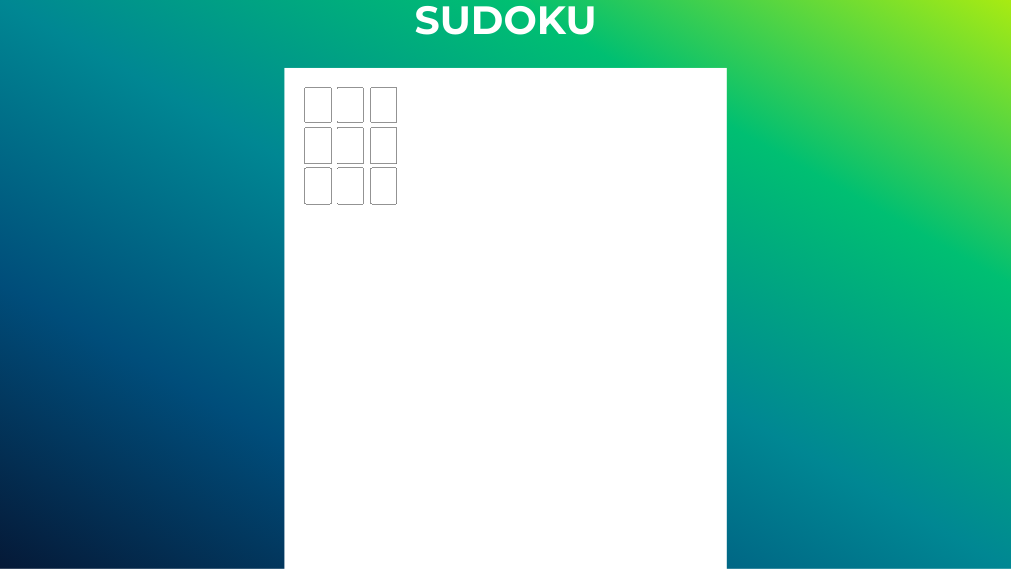
Repository: pattypetrikova/sudoku
Page: index.html
These files come from the project's save history. The page is drawn as it stood at one moment and after the next save; the edit follows.
The browser window is 1280 px wide. The pictures show the whole page, at 79% of full size.
Some web fonts or font styles are not loaded; a fallback is used.

Above is the page before, as saved 2022-12-30 10:42:22.

After the next save:
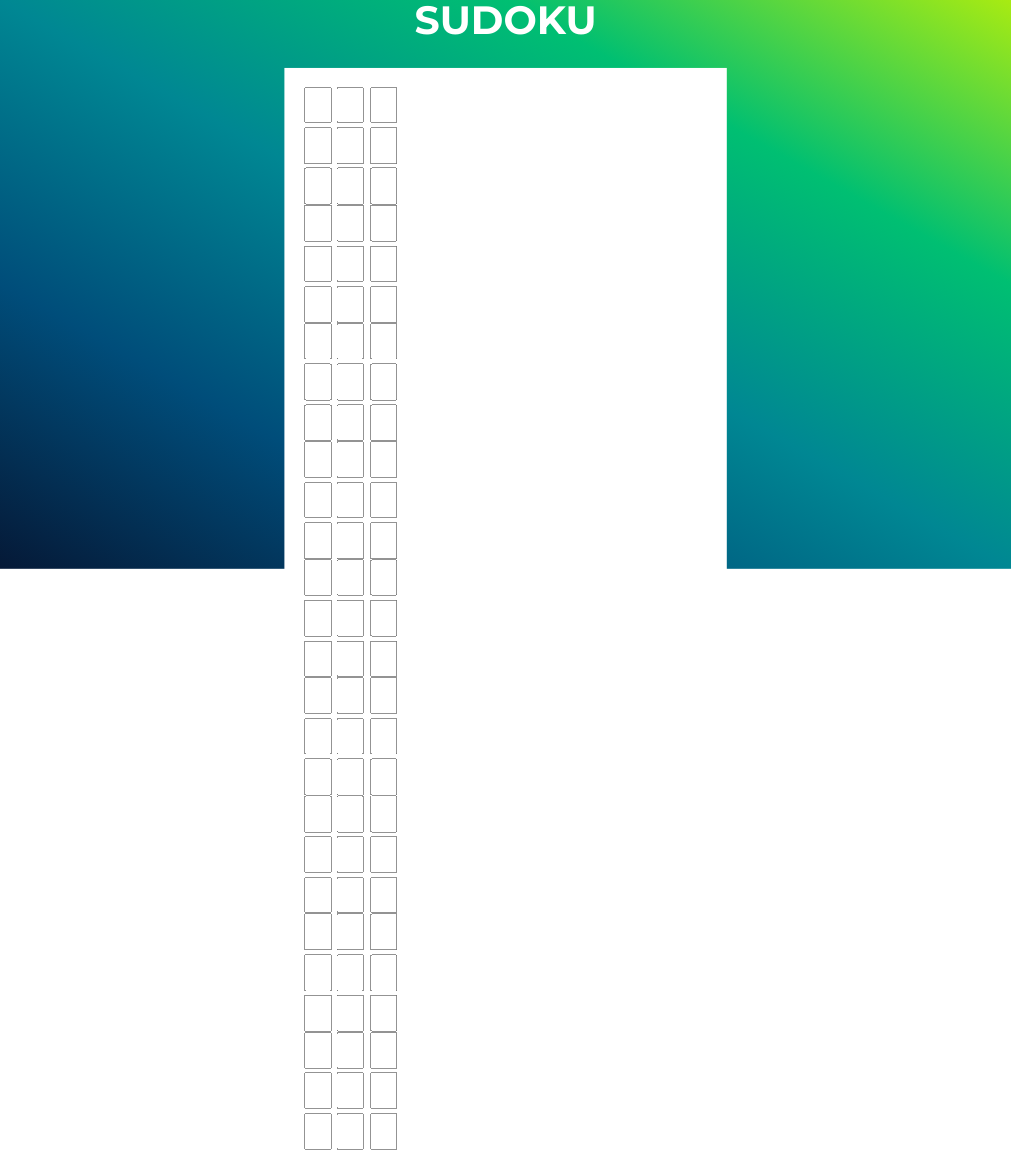
Saved 72 s later.
--- a/index.html
+++ b/index.html
@@ -29,6 +29,94 @@
                     <input class="number" type="text">
                     <input class="number" type="text">
                 </form>
+                <form class="board-section" action="">
+                    <input class="number" type="text">
+                    <input class="number" type="text">
+                    <input class="number" type="text">
+                    <input class="number" type="text">
+                    <input class="number" type="text">
+                    <input class="number" type="text">
+                    <input class="number" type="text">
+                    <input class="number" type="text">
+                    <input class="number" type="text">
+                </form>
+                <form class="board-section" action="">
+                    <input class="number" type="text">
+                    <input class="number" type="text">
+                    <input class="number" type="text">
+                    <input class="number" type="text">
+                    <input class="number" type="text">
+                    <input class="number" type="text">
+                    <input class="number" type="text">
+                    <input class="number" type="text">
+                    <input class="number" type="text">
+                </form>
+                <form class="board-section" action="">
+                    <input class="number" type="text">
+                    <input class="number" type="text">
+                    <input class="number" type="text">
+                    <input class="number" type="text">
+                    <input class="number" type="text">
+                    <input class="number" type="text">
+                    <input class="number" type="text">
+                    <input class="number" type="text">
+                    <input class="number" type="text">
+                </form>
+                <form class="board-section" action="">
+                    <input class="number" type="text">
+                    <input class="number" type="text">
+                    <input class="number" type="text">
+                    <input class="number" type="text">
+                    <input class="number" type="text">
+                    <input class="number" type="text">
+                    <input class="number" type="text">
+                    <input class="number" type="text">
+                    <input class="number" type="text">
+                </form>
+                <form class="board-section" action="">
+                    <input class="number" type="text">
+                    <input class="number" type="text">
+                    <input class="number" type="text">
+                    <input class="number" type="text">
+                    <input class="number" type="text">
+                    <input class="number" type="text">
+                    <input class="number" type="text">
+                    <input class="number" type="text">
+                    <input class="number" type="text">
+                </form>
+                <form class="board-section" action="">
+                    <input class="number" type="text">
+                    <input class="number" type="text">
+                    <input class="number" type="text">
+                    <input class="number" type="text">
+                    <input class="number" type="text">
+                    <input class="number" type="text">
+                    <input class="number" type="text">
+                    <input class="number" type="text">
+                    <input class="number" type="text">
+                </form>
+                <form class="board-section" action="">
+                    <input class="number" type="text">
+                    <input class="number" type="text">
+                    <input class="number" type="text">
+                    <input class="number" type="text">
+                    <input class="number" type="text">
+                    <input class="number" type="text">
+                    <input class="number" type="text">
+                    <input class="number" type="text">
+                    <input class="number" type="text">
+                </form>
+                <form class="board-section" action="">
+                    <input class="number" type="text">
+                    <input class="number" type="text">
+                    <input class="number" type="text">
+                    <input class="number" type="text">
+                    <input class="number" type="text">
+                    <input class="number" type="text">
+                    <input class="number" type="text">
+                    <input class="number" type="text">
+                    <input class="number" type="text">
+                </form>
             </div>
             <div class="footer">
                 <div class="footer-buttons">

After the save that followed:
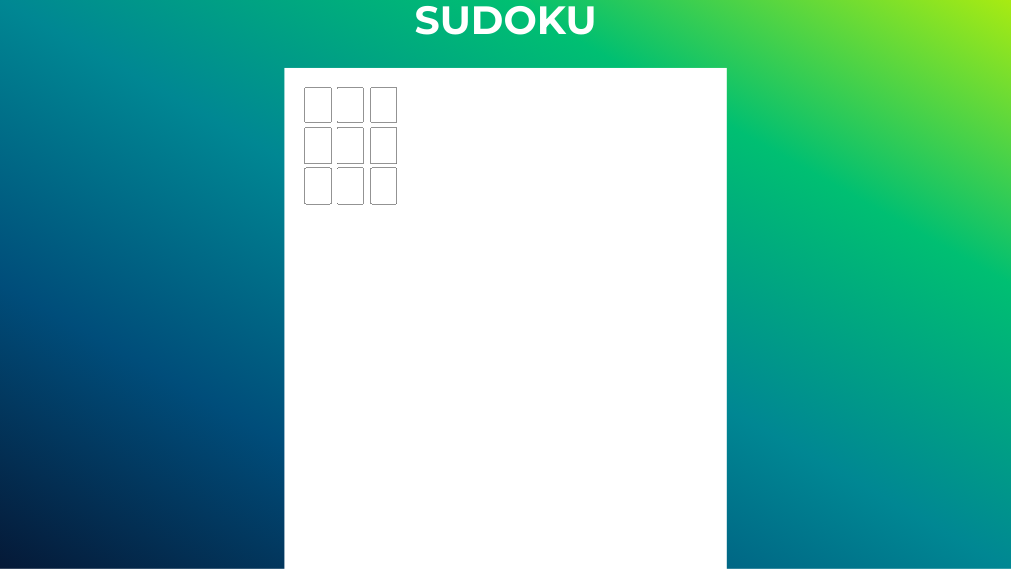
Saved 21 s later.
--- a/index.html
+++ b/index.html
@@ -29,94 +29,6 @@
                     <input class="number" type="text">
                     <input class="number" type="text">
                 </form>
-                <form class="board-section" action="">
-                    <input class="number" type="text">
-                    <input class="number" type="text">
-                    <input class="number" type="text">
-                    <input class="number" type="text">
-                    <input class="number" type="text">
-                    <input class="number" type="text">
-                    <input class="number" type="text">
-                    <input class="number" type="text">
-                    <input class="number" type="text">
-                </form>
-                <form class="board-section" action="">
-                    <input class="number" type="text">
-                    <input class="number" type="text">
-                    <input class="number" type="text">
-                    <input class="number" type="text">
-                    <input class="number" type="text">
-                    <input class="number" type="text">
-                    <input class="number" type="text">
-                    <input class="number" type="text">
-                    <input class="number" type="text">
-                </form>
-                <form class="board-section" action="">
-                    <input class="number" type="text">
-                    <input class="number" type="text">
-                    <input class="number" type="text">
-                    <input class="number" type="text">
-                    <input class="number" type="text">
-                    <input class="number" type="text">
-                    <input class="number" type="text">
-                    <input class="number" type="text">
-                    <input class="number" type="text">
-                </form>
-                <form class="board-section" action="">
-                    <input class="number" type="text">
-                    <input class="number" type="text">
-                    <input class="number" type="text">
-                    <input class="number" type="text">
-                    <input class="number" type="text">
-                    <input class="number" type="text">
-                    <input class="number" type="text">
-                    <input class="number" type="text">
-                    <input class="number" type="text">
-                </form>
-                <form class="board-section" action="">
-                    <input class="number" type="text">
-                    <input class="number" type="text">
-                    <input class="number" type="text">
-                    <input class="number" type="text">
-                    <input class="number" type="text">
-                    <input class="number" type="text">
-                    <input class="number" type="text">
-                    <input class="number" type="text">
-                    <input class="number" type="text">
-                </form>
-                <form class="board-section" action="">
-                    <input class="number" type="text">
-                    <input class="number" type="text">
-                    <input class="number" type="text">
-                    <input class="number" type="text">
-                    <input class="number" type="text">
-                    <input class="number" type="text">
-                    <input class="number" type="text">
-                    <input class="number" type="text">
-                    <input class="number" type="text">
-                </form>
-                <form class="board-section" action="">
-                    <input class="number" type="text">
-                    <input class="number" type="text">
-                    <input class="number" type="text">
-                    <input class="number" type="text">
-                    <input class="number" type="text">
-                    <input class="number" type="text">
-                    <input class="number" type="text">
-                    <input class="number" type="text">
-                    <input class="number" type="text">
-                </form>
-                <form class="board-section" action="">
-                    <input class="number" type="text">
-                    <input class="number" type="text">
-                    <input class="number" type="text">
-                    <input class="number" type="text">
-                    <input class="number" type="text">
-                    <input class="number" type="text">
-                    <input class="number" type="text">
-                    <input class="number" type="text">
-                    <input class="number" type="text">
-                </form>
             </div>
             <div class="footer">
                 <div class="footer-buttons">
